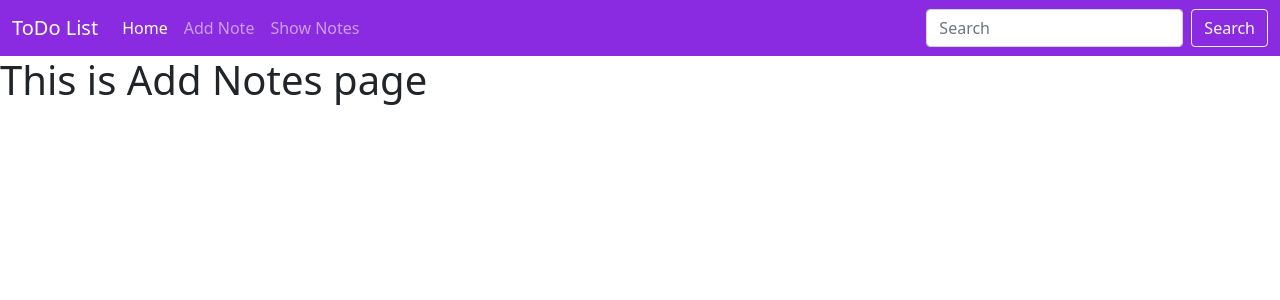
Repository: VishalSalvi17/Hibernate
Page: http://localhost/ToDoList/addnote.jsp
The author's editor kept a copy of each file at every save. The page is drawn from the files as they stood at one save, then again after a run of saves.
The browser window is 1280 px wide. The pictures show the whole page.
The page is served by Tomcat 9. Other server files are loaded and not shown.

Above is the page before, as saved 2023-03-16 10:48:12.

### ToDoList/src/main/webapp/addnote.jsp
<%@ page language="java" contentType="text/html; charset=ISO-8859-1"
	pageEncoding="ISO-8859-1"%>
<!DOCTYPE html PUBLIC "-//W3C//DTD HTML 4.01 Transitional//EN" "http://www.w3.org/TR/html4/loose.dtd">
<html>
<head>
<!-- Required meta tags -->
<meta charset="utf-8">
<meta name="viewport" content="width=device-width, initial-scale=1">

<%@include file="all_js_css.jsp"%>
<title>Add Notes</title>
</head>
<body>
	<%@include file="navbar.jsp"%>
		<h1>This is Add Notes page</h1>
</body>
</html>

### ToDoList/src/main/webapp/all_js_css.jsp
<!-- Bootstrap CSS -->
<link
	href="https://cdn.jsdelivr.net/npm/bootstrap@5.0.2/dist/css/bootstrap.min.css"
	rel="stylesheet"
	integrity="sha384-EVSTQN3/azprG1Anm3QDgpJLIm9Nao0Yz1ztcQTwFspd3yD65VohhpuuCOmLASjC"
	crossorigin="anonymous">

<!-- style path-->
<link href="css/style.css" rel="stylesheet">

<!-- Option 1: Bootstrap Bundle with Popper -->
<script
	src="https://cdn.jsdelivr.net/npm/bootstrap@5.0.2/dist/js/bootstrap.bundle.min.js"
	integrity="sha384-MrcW6ZMFYlzcLA8Nl+NtUVF0sA7MsXsP1UyJoMp4YLEuNSfAP+JcXn/tWtIaxVXM"
	crossorigin="anonymous"></script>

<!-- Option 2: Separate Popper and Bootstrap JS -->
<script
	src="https://cdn.jsdelivr.net/npm/@popperjs/core@2.9.2/dist/umd/popper.min.js"
	integrity="sha384-IQsoLXl5PILFhosVNubq5LC7Qb9DXgDA9i+tQ8Zj3iwWAwPtgFTxbJ8NT4GN1R8p"
	crossorigin="anonymous"></script>
<script
	src="https://cdn.jsdelivr.net/npm/bootstrap@5.0.2/dist/js/bootstrap.min.js"
	integrity="sha384-cVKIPhGWiC2Al4u+LWgxfKTRIcfu0JTxR+EQDz/bgldoEyl4H0zUF0QKbrJ0EcQF"
	crossorigin="anonymous"></script>

### ToDoList/src/main/webapp/navbar.jsp
<nav class="navbar navbar-expand-lg navbar-dark blue">
  <div class="container-fluid">
    <a class="navbar-brand" href="index.jsp">ToDo List</a>
    <button class="navbar-toggler" type="button" data-bs-toggle="collapse" data-bs-target="#navbarSupportedContent" aria-controls="navbarSupportedContent" aria-expanded="false" aria-label="Toggle navigation">
      <span class="navbar-toggler-icon"></span>
    </button>
    <div class="collapse navbar-collapse" id="navbarSupportedContent">
      <ul class="navbar-nav me-auto mb-2 mb-lg-0">
        <li class="nav-item">
          <a class="nav-link active" aria-current="page" href="index.jsp">Home</a>
        </li>
        <li class="nav-item">
          <a class="nav-link" href="addnote.jsp">Add Note</a>
        </li>
        <li class="nav-item">
          <a class="nav-link" href="#" tabindex="-1">Show Notes</a>
        </li>
      </ul>
      <form class="d-flex">
        <input class="form-control me-2" type="search" placeholder="Search" aria-label="Search">
        <button class="btn btn-outline-light" type="submit">Search</button>
      </form>
    </div>
  </div>
</nav>

### ToDoList/src/main/webapp/css/style.css
.blue{
	background:#8A2BE2;
}

After the next 2 saves:
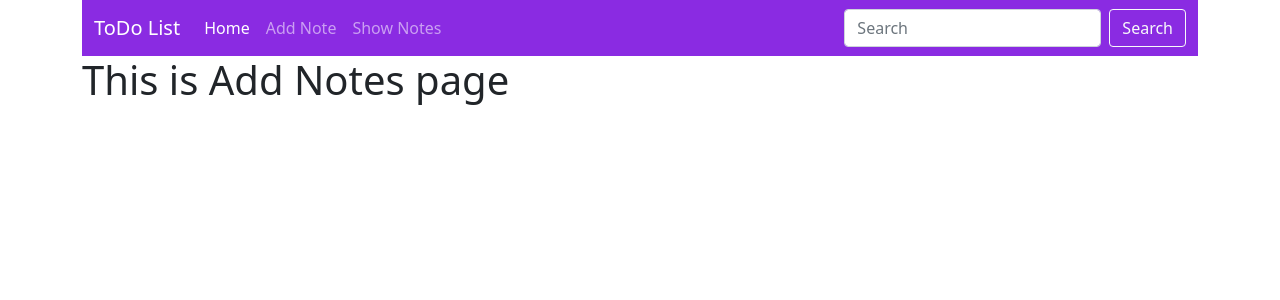
The 2 saves are shown as one change because they came seconds apart.
The last was saved 49 s later.
--- a/ToDoList/src/main/webapp/addnote.jsp
+++ b/ToDoList/src/main/webapp/addnote.jsp
@@ -11,7 +11,9 @@
 <title>Add Notes</title>
 </head>
 <body>
-	<%@include file="navbar.jsp"%>
+	<div class="container">
+		<%@include file="navbar.jsp"%>
 		<h1>This is Add Notes page</h1>
+	</div>
 </body>
 </html>
